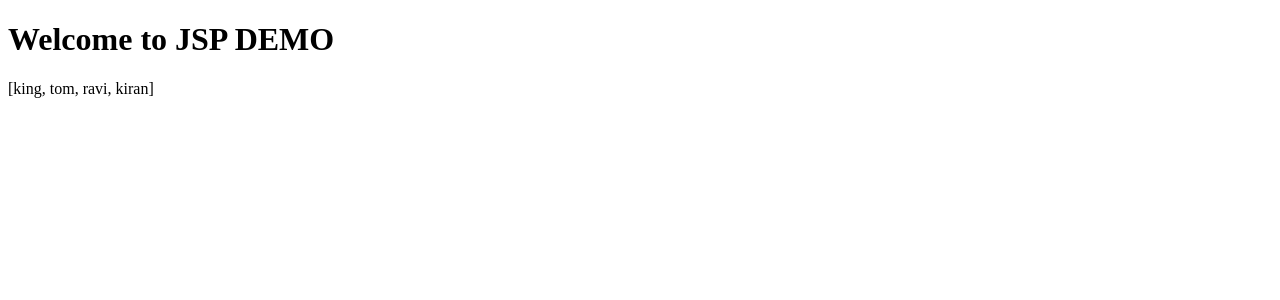
Repository: javeed512/jsp_repo
Page: http://localhost/JSP_LifeCycle/demo.jsp
An editor plug-in stored every save of this project. The page is shown before and after the next save, followed by the edit.
The browser window is 1280 px wide. The pictures show the whole page.
The page is served by Tomcat 9.

Above is the page before, as saved 2022-03-14 12:01:42.

After the next save:
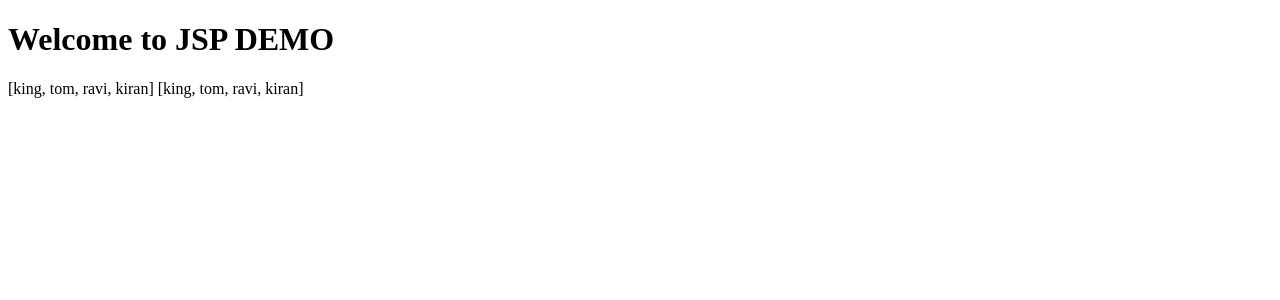
Saved 104 s later.
--- a/JSP_LifeCycle/WebContent/demo.jsp
+++ b/JSP_LifeCycle/WebContent/demo.jsp
@@ -23,5 +23,7 @@
 
 %>
 
+<%= list  %>
+
 </body>
 </html>
